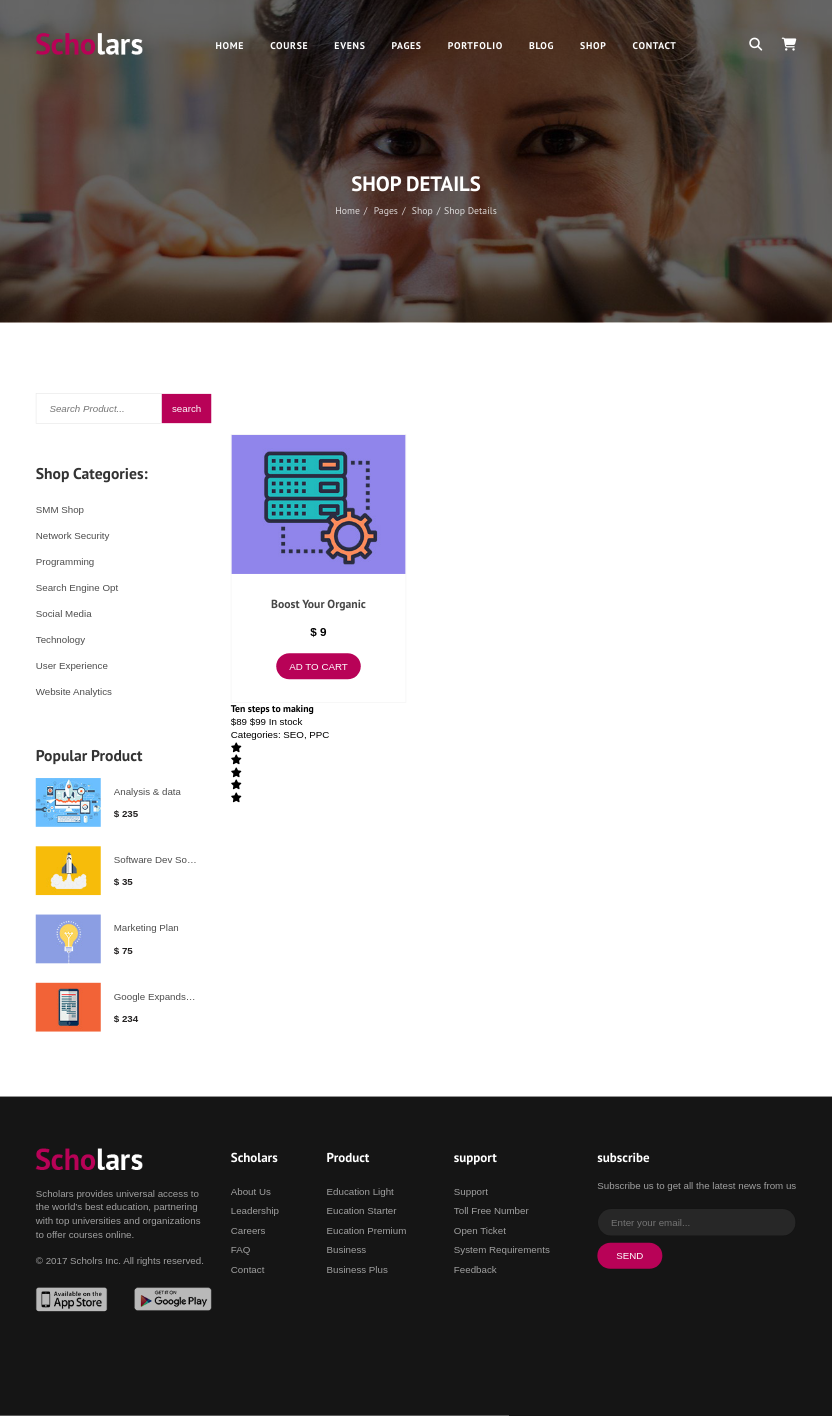
Repository: lannguyen1301/f8-zoom-day-7
Page: shop-details.html
These files come from the project's save history. The page is drawn as it stood at one moment and after the next save; the edit follows.
The browser window is 1280 px wide. The pictures show the whole page, at 65% of full size.
Some web fonts or font styles are not loaded; a fallback is used.

Above is the page before, as saved 2025-05-03 18:02:13.

After the next save:
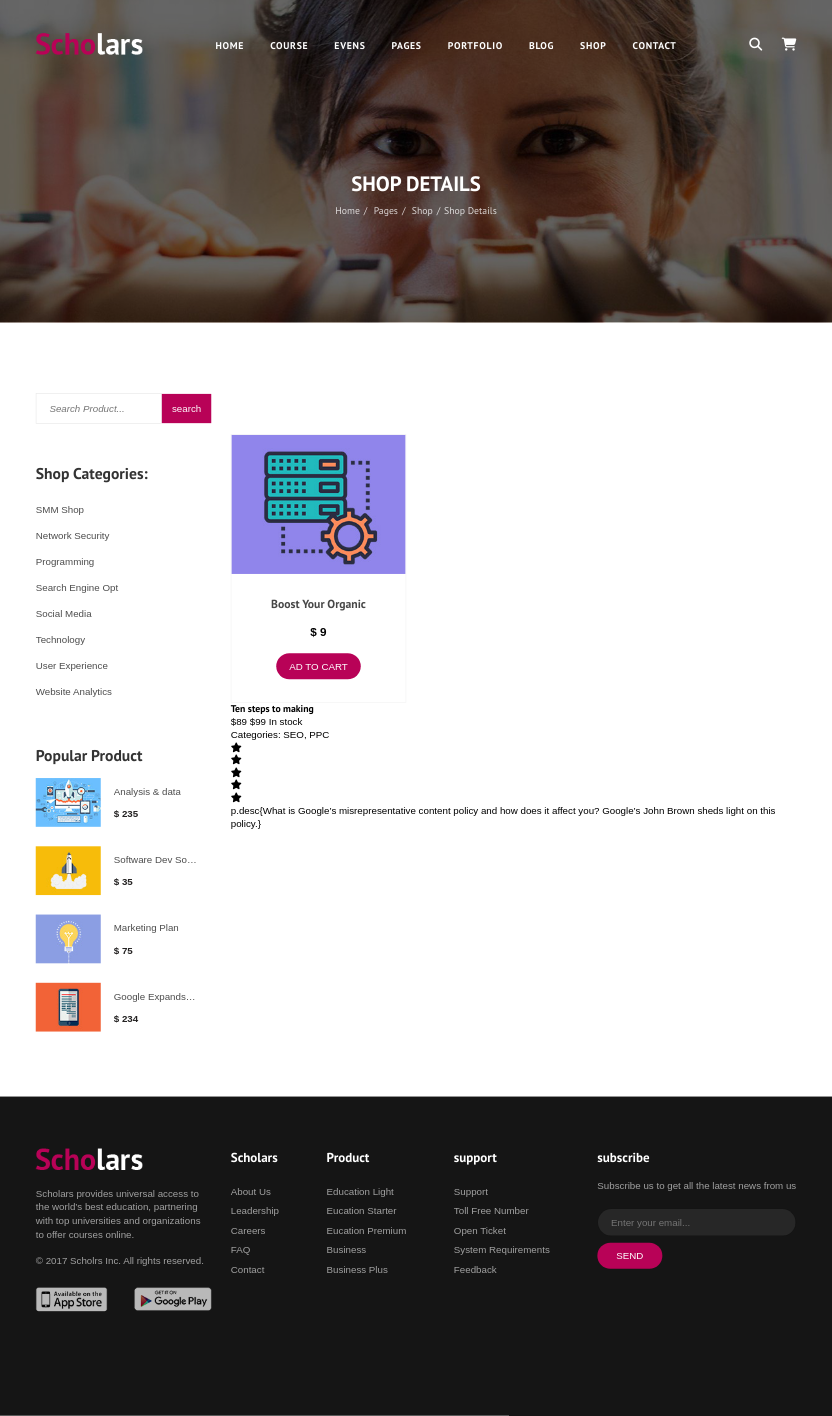
Saved 24 s later.
--- a/shop-details.html
+++ b/shop-details.html
@@ -374,6 +374,9 @@
                                     <i class="fa-solid fa-star"></i>
                                 </li>
                             </ul>
+
+                            p.desc{What is Google’s misrepresentative content policy and how does it affect you?
+                            Google’s John Brown sheds light on this policy.}
                         </div>
                         <!-- End Content Details -->
 
